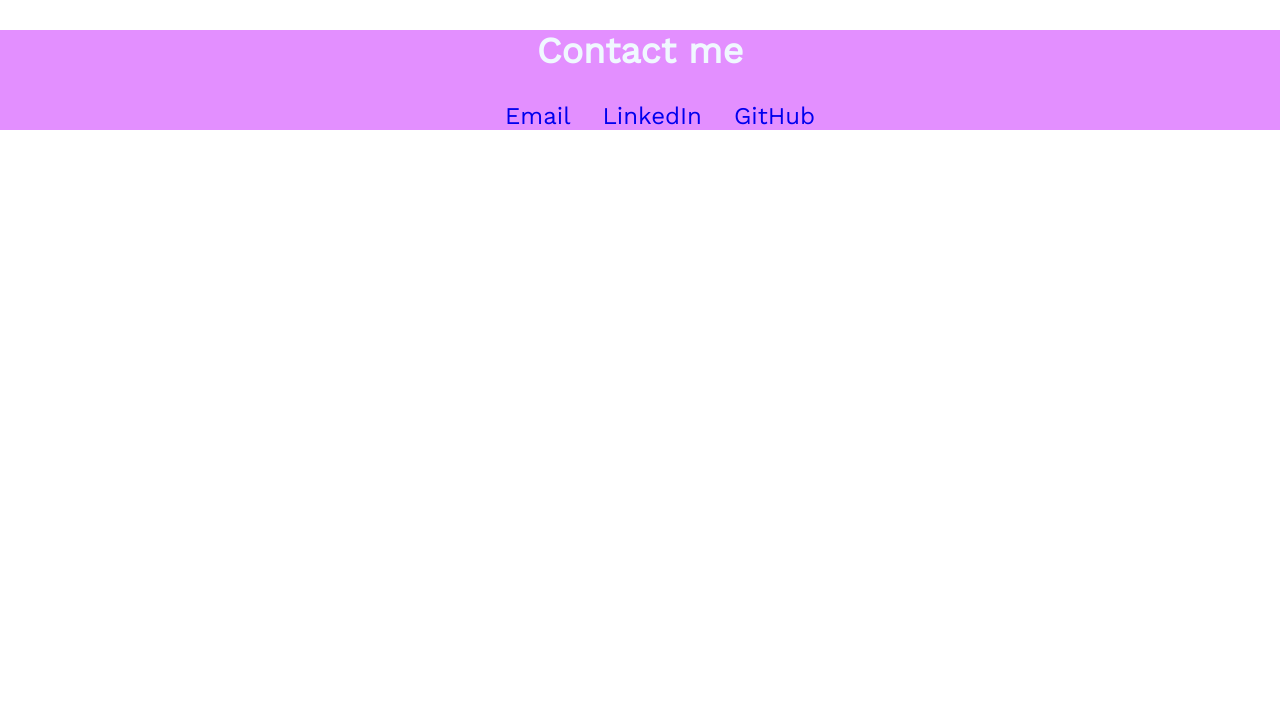
Repository: BAAMOSK/my-portfolio
Page: index.html
An editor plug-in stored every save of this project. The page is shown before and after the next save, followed by the edit.
The browser window is 1280 px wide. The pictures show the whole page.
Some web libraries are served in a nearby version.

Above is the page before, as saved 2017-06-06 23:42:05.

After the next save:
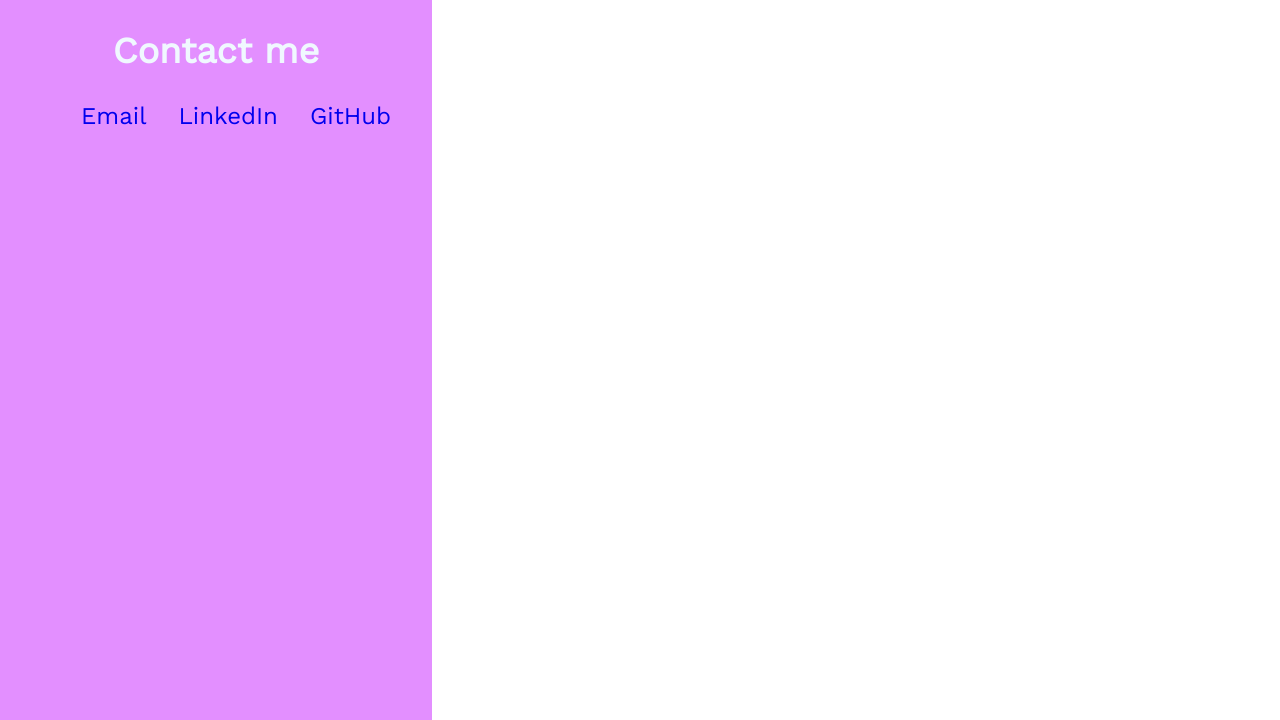
Saved 10 s later.
--- a/styles.css
+++ b/styles.css
@@ -26,9 +26,9 @@
 }
 
 #contact {
-	/*position: fixed;*/
+	position: fixed;
 	height: 100%;
-	width: 100%;
+	/*width: 100%;*/
 	background: #E38FFF;
 }
 
